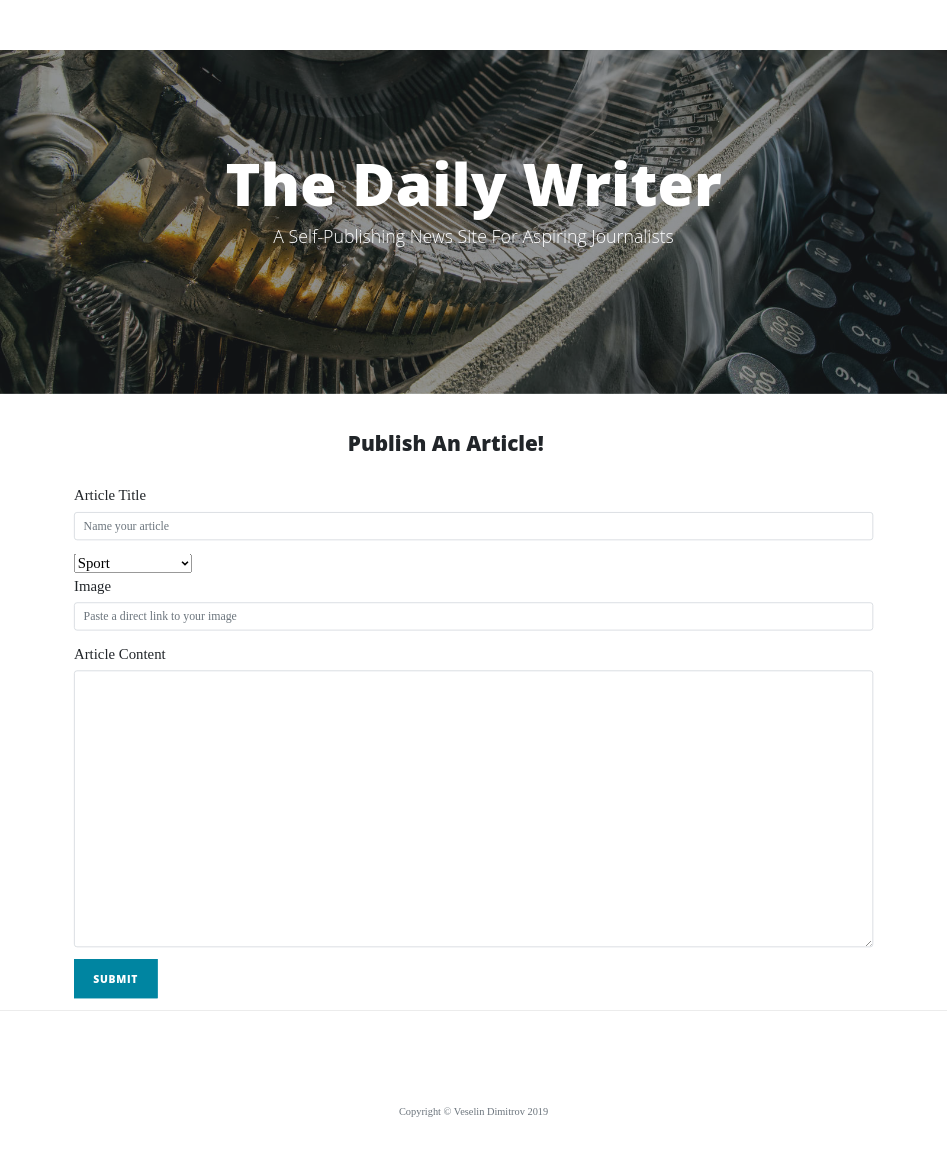
Repository: Vesss/Blog-Project
Page: http://localhost/post
The author's editor kept a record of every edit. The page is drawn from the files as they stood at one moment, then again after the next edit.
The browser window is 1280 px wide. The pictures show the whole page, at 74% of full size.
The page is served by the project's application, run on Flask 3 (app.py).

Above is the page before.

After the next edit:
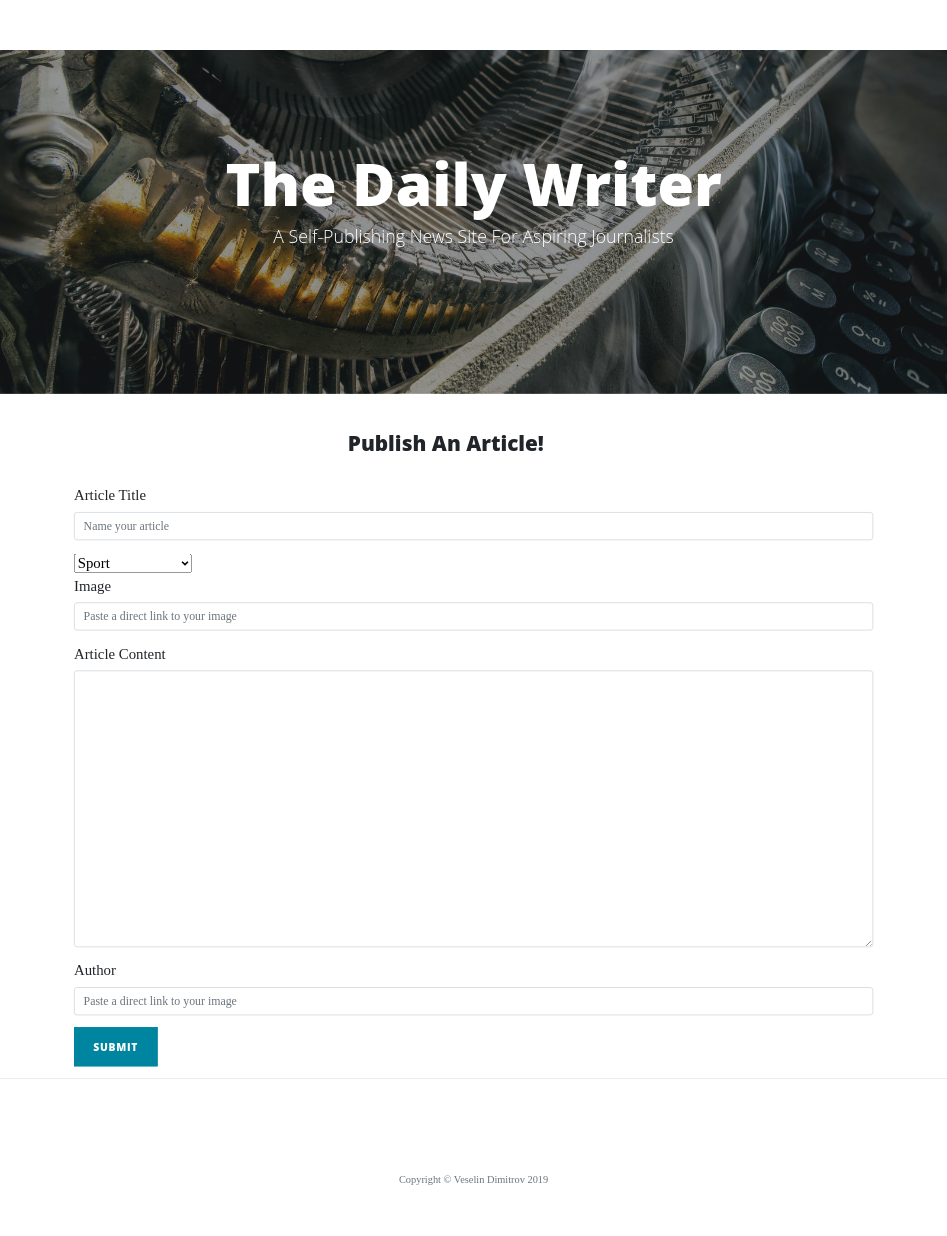
The edit:
--- a/templates/post.html
+++ b/templates/post.html
@@ -44,6 +44,10 @@
                 <label for="exampleFormControlTextarea1">Article Content</label>
                 <textarea class="form-control" id="exampleFormControlTextarea1" rows="15"></textarea>
             </div>
+            <div class="form-group">
+                <label for="image">Author</label>
+                <input type="text" class="form-control" placeholder="Paste a direct link to your image" name="author">
+            </div>
             <button type="submit" class="btn btn-primary">Submit</button>
         </form>
     </div>
